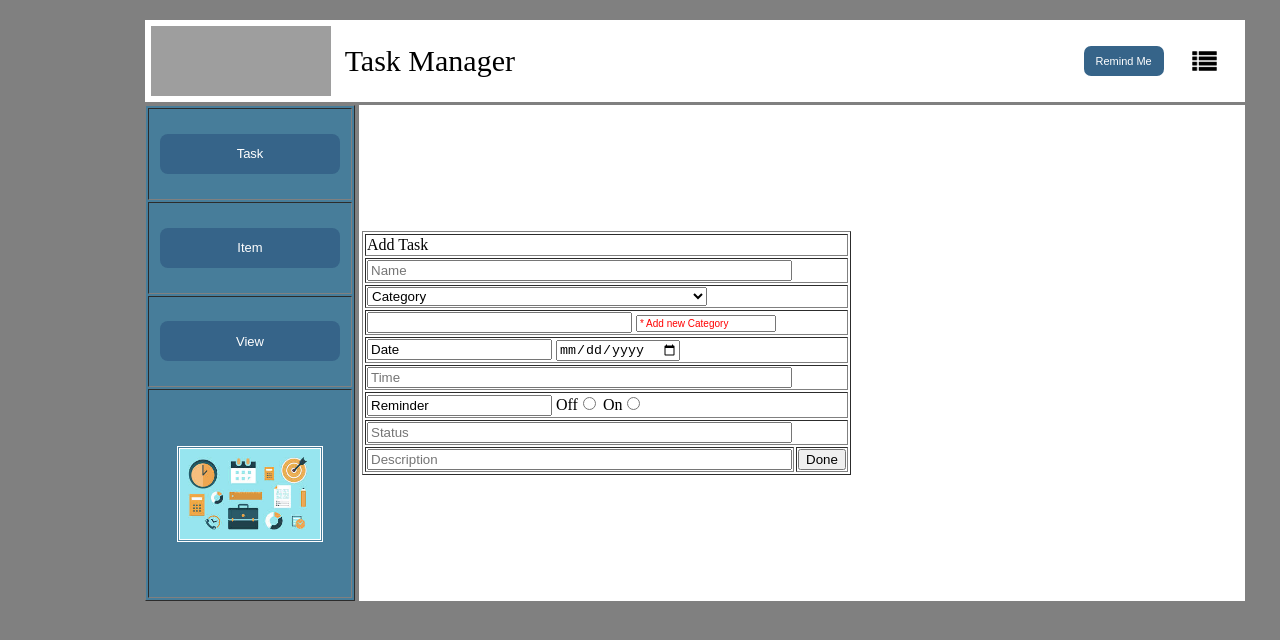
Repository: SnehaSalvi/TaskManagerProject
Page: http://localhost/TaskManagerChecklist/AddTask.jsp
An editor plug-in stored every save of this project. The page is shown before and after the next save, followed by the edit.
The browser window is 1280 px wide. The pictures show the whole page.
Pictures or frames that could not be fetched are drawn as grey boxes. The page is served by Tomcat 9. Other server files are loaded and not shown.

Above is the page before, as saved 2016-10-14 08:38:53.

### TaskManagerChecklist/WebContent/AddTask.jsp
<%@ page language="java" contentType="text/html; charset=ISO-8859-1"
    pageEncoding="ISO-8859-1"%>
<!DOCTYPE html PUBLIC "-//W3C//DTD HTML 4.01 Transitional//EN" "http://www.w3.org/TR/html4/loose.dtd">
<html>
<head>
<meta http-equiv="Content-Type" content="text/html; charset=ISO-8859-1">
<title>Insert title here</title>
<link href="home.css" type="text/css" rel="stylesheet"/>

</head>
<body>
<form>
	<table id="table1">
		<tr>
			<td id="td1">
				<img id="banner" src="images/banner.jpg"/>
			</td>
			<td id="td_blank">
			</td>
			<td id="td2">
				Task Manager
			</td>
			<td id="td3" align="center">
				<input type="button" name="remind" id="button1" value="Remind Me"/>
			</td>
			<td id="td4" align="center">
				<img id="list" src="images/list.png"/>
			</td>
		</tr>
	</table>
	<table></table>
	<table>
		<tr>
			<td>
				<table id="table2" border="1">
					<tr>
						<td id="#td5" align="center">
							<input type="button" name="task" id="button2" value="Task"/>
						</td>
					</tr>
					<tr>
						<td align="center">
							<input type="button" name="item" id="button2" value="Item"/>
						</td>
					</tr>
					<tr>
						<td align="center">
							<input type="button" name="view" id="button2" value="View"/>
						</td>
					</tr>
					<tr>
						<td rowspan="7" align="center">
							<img id="img1" src="images/menu.jpg"/>
						</td>
					</tr>
				</table>
			</td>
			<td>
				<table id="table3">
					<tr>
						<td id="#td6">
							<table border="1">
								<tr>
									<td colspan="2">
										Add Task
									</td>
								</tr>
								<tr>
									<td colspan="2">
										<input type="text" name="taskname" placeholder="Name" size="50" required="required"/>
									</td>
								</tr>
								<tr>
									<td colspan="2">
										<select id="select1" name="categoryname" placeholder="Category" value="Category" required="required">
											<optgroup label="Personal">
												<option value="" disabled selected hidden>Category</option>
												<option>Shopping</option>
												<option>Exercise</option>
											</optgroup>
											<optgroup label="Professional">
												<option>Meeting</option>
												<option>Project Work</option>
											</optgroup>
										</select>
									</td>
								</tr>
								<tr>
									<td colspan="2">
										<input type="text" name="categoryname" size="30" required="required"/>
										<input type="label" id="label1" name="newcategory" value="* Add new Category" required="required"/>
									</td>
								</tr>
								<tr>
									<td colspan="2">
										<input type="label" name="newdate" value="Date" required="required"/>
										<input type="date" name="date">
									</td>
								</tr>
								<tr>
									<td colspan="2">
										<input type="text" name="time" placeholder="Time" size="50" required="required"/>
									</td>
								</tr>
								<tr>
									<td colspan="2">
										<input type="label" value="Reminder" required="required"/>
										Off<input type="radio" name="reminder">
										On<input type="radio" name="reminder">
									</td>
								</tr>
								<tr>
									<td colspan="2">
										<input type="text" name="status" placeholder="Status" size="50" required="required"/>
									</td>
								</tr>
								<tr>
									<td>
										<input type="text" name="description" placeholder="Description" size="50" required="required"/>
									</td>
									<td>
										<input type="submit" value="Done"/>
									</td>
								</tr>
							</table>
						</td>
					</tr>
				</table>
			</td>
		</tr>
	</table>
</form>
<!--<form action="Hello">
Name:<input type="text" name="user"/>
<input type="submit" value="go"/>
</form>-->
</body>
</html>

### TaskManagerChecklist/WebContent/home.css
body
{
	background-position: center;
	background-color:gray;
	margin-left: 140px;
	margin-top: 20px;
	margin-right: 120px;
	margin-bottom: 20px;
	background-repeat: no-repeat;
}
#table1
{
	margin-left:5px;
	background-color:white;
	background-position: center;
	height: 76px;
	width:1100px;

}
#table2
{
	margin-left:2px;
	background-color:#477d9a;
	background-position: center;
	height: 496px;
	width:210px;


}
#table3
{
	background-color:white;
	background-position: center;
	height: 496px;
	width:886px;

}
#table4
{

	background-position: center;
	height: 497px;
	width:1100px;
}
#table5
{
	width:200px;
}
img
{
	border-style:double;
	border-color: white;
}
tr
{

}
#div1
{
	width: 600px;
	height: 400px;
}
#td1
{
	width:185px;
	height:75px;
	background-color:
}
#td2
{
	width:735px;
	height:75px;
	font-family: serif;
	font-size: 30px;
	font-style: inherit;

}
#td3
{
	width:80px;
	height:75px;
}
#td4
{
	width:30x;
	height:75px;
}
#td_blank
{
	width:100x;
	height:75px;
}

#td6
{
	width:1050x;
	height:495px;


}
#banner
{

	width: 180px;
	height: 70px;
}
#list
{

	width: 25px;
	height: 20px;
}
#select1
{
	width:340px;
}
#img1
{

	width: 140px;
	height: 90px;
}
#button1
{
    height: 30px;
    width: 80px;
    border-radius: 7px;
    border: 1px solid #000;
    font-family: sans-serif;
    background-color:#366489;
    color:white;
    font-size: 11px;
    border: 0;
}
#button2
{
    height: 40px;
    width: 180px;
    border-radius: 8px;
    border: 1px solid #000;
    font-family:sans-serif;
    font-size: 13px;
   background-color:#366489;
   color:white;
    border: 0;
}
#label1
{
	color:red;
	font-size: 10px;
}
#div3
{
	width: 510px;
	height: 350px;
}

After the next save:
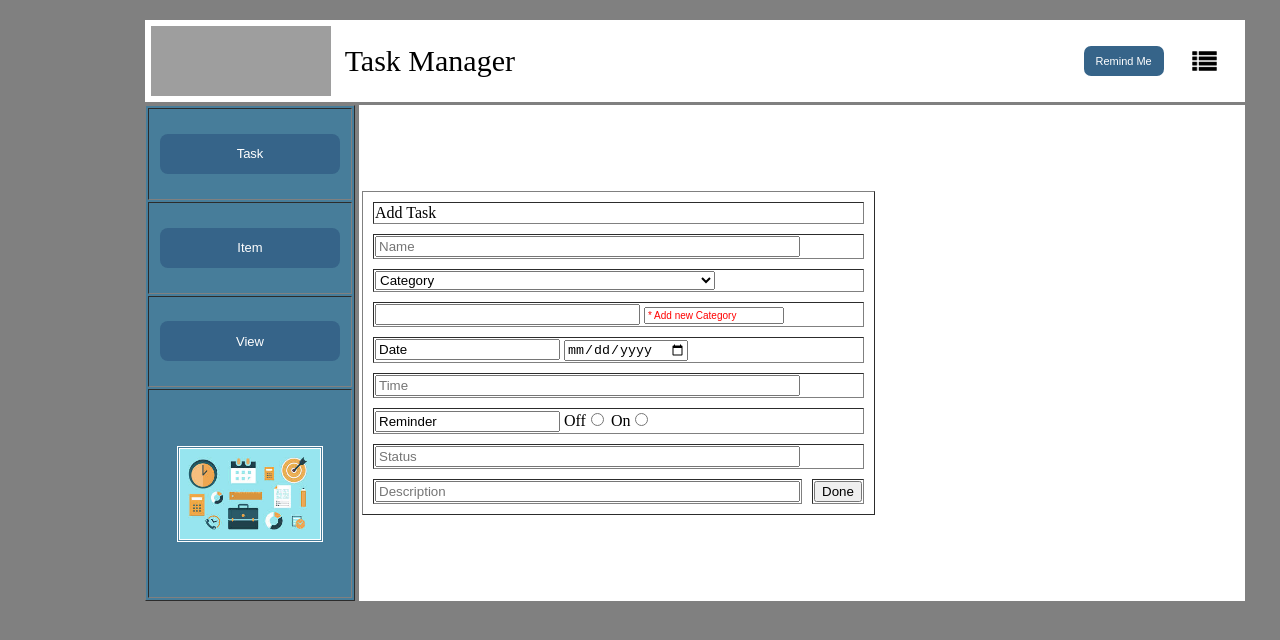
Saved 27 s later.
--- a/TaskManagerChecklist/WebContent/AddTask.jsp
+++ b/TaskManagerChecklist/WebContent/AddTask.jsp
@@ -59,7 +59,7 @@
 				<table id="table3">
 					<tr>
 						<td id="#td6">
-							<table border="1">
+							<table border="1" cellspacing="10">
 								<tr>
 									<td colspan="2">
 										Add Task
